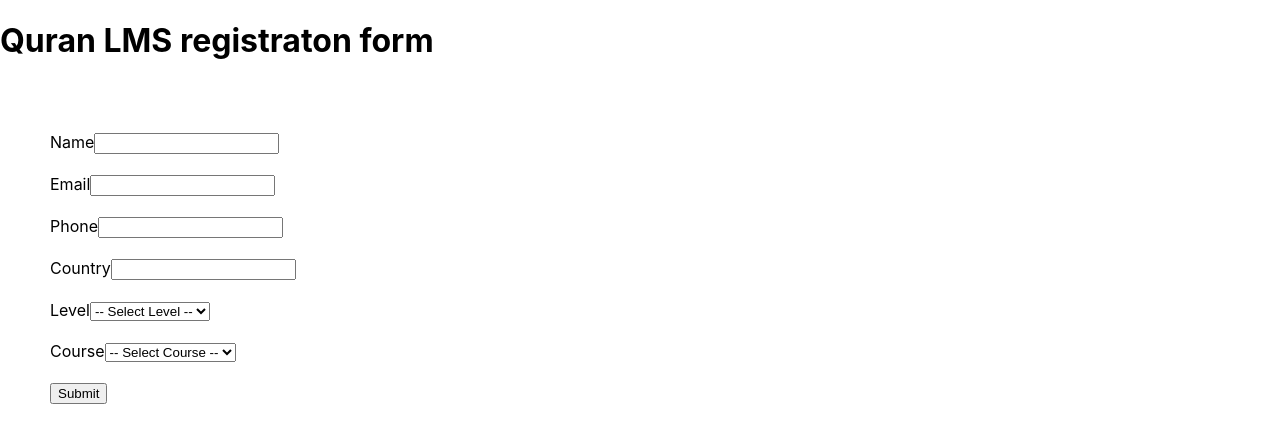
Repository: talha-mahmood/form_react
Page: /
An editor plug-in stored every save of this project. The page is shown before and after the next save, followed by the edit.
The browser window is 1280 px wide. The pictures show the whole page.
The project was rebuilt for these pictures with package versions that can differ from the ones it lists, and the page was loaded fresh each time.

Above is the page before, as saved 2023-03-13 16:05:28.

### public/index.html
<!DOCTYPE html>
<html lang="en">
  <head>
    <meta charset="utf-8" />
    <link rel="icon" href="%PUBLIC_URL%/favicon.ico" />
    <meta name="viewport" content="width=device-width, initial-scale=1" />
    <meta name="theme-color" content="#000000" />
    <meta
      name="description"
      content="Web site created using create-react-app"
    />

    <link rel="apple-touch-icon" href="%PUBLIC_URL%/logo192.png" />
    <!--
      manifest.json provides metadata used when your web app is installed on a
      user's mobile device or desktop. See https://developers.google.com/web/fundamentals/web-app-manifest/
    -->
    <link rel="manifest" href="%PUBLIC_URL%/manifest.json" />
    <!--
      Notice the use of %PUBLIC_URL% in the tags above.
      It will be replaced with the URL of the `public` folder during the build.
      Only files inside the `public` folder can be referenced from the HTML.

      Unlike "/favicon.ico" or "favicon.ico", "%PUBLIC_URL%/favicon.ico" will
      work correctly both with client-side routing and a non-root public URL.
      Learn how to configure a non-root public URL by running `npm run build`.
    -->
    <title>React App</title>
  </head>
  <body>
    <noscript>You need to enable JavaScript to run this app.</noscript>
    <div id="root"></div>

    <!--
      This HTML file is a template.
      If you open it directly in the browser, you will see an empty page.

      You can add webfonts, meta tags, or analytics to this file.
      The build step will place the bundled scripts into the <body> tag.

      To begin the development, run `npm start` or `yarn start`.
      To create a production bundle, use `npm run build` or `yarn build`.
    -->
  </body>
</html>

### src/App.js
import './App.css';
import React, { useState } from 'react';

const App=()=>{
  const [name, setName] = useState('');
  const [email, setEmail] = useState('');
  const [phone, setPhone] = useState('');
  const [country, setCountry] = useState('');
  const [level, setLevel] = useState('');
  const [course, setCourse] = useState('');

  const handleSubmit = (event) => {
    event.preventDefault();
    // TODO: handle form submission
  }

  return (
    <div>
      <h1>Quran LMS registraton form</h1>
    <form onSubmit={handleSubmit}>
      <div>
        <label htmlFor="name">Name</label>
        <input
          type="text"
          id="name"
          value={name}
          onChange={(event) => setName(event.target.value)}
          required
        />
      </div>
      <br/>
      <div>
        <label htmlFor="email">Email</label>
        <input
          type="email"
          id="email"
          value={email}
          onChange={(event) => setEmail(event.target.value)}
          required
        />
      </div>
      <br/>
      <div>
        <label htmlFor="phone">Phone</label>
        <input
          type="tel"
          id="phone"
          value={phone}
          onChange={(event) => setPhone(event.target.value)}
          required
        />
      </div>
      <br/>
      <div>
        <label htmlFor="country">Country</label>
        <input
          type="text"
          id="country"
          value={country}
          onChange={(event) => setCountry(event.target.value)}
          required
        />
      </div>
      <br/>
      <div>
        <label htmlFor="level">Level</label>
        <select id="level" value={level} onChange={(event) => setLevel(event.target.value)} required>
          <option value="">-- Select Level --</option>
          <option value="Beginner">Beginner</option>
          <option value="Intermediate">Intermediate</option>
          <option value="Advanced">Advanced</option>
        </select>
      </div>
      <br/>
      <div>
        <label htmlFor="course">Course</label>
        <select id="course" value={course} onChange={(event) => setCourse(event.target.value)} required>
          <option value="">-- Select Course --</option>
          <option value="Quranic Arabic">Quranic Arabic</option>
          <option value="Tafseer">Tafseer</option>
          <option value="Hifz">Hifz</option>
        </select>
      </div>
           <br/>
      <button type="submit">Submit</button>
    </form>
    </div>
  );
}

export default App;

### src/App.css
.App {
  text-align: center;
}

.App-logo {
  height: 40vmin;
  pointer-events: none;
}

@media (prefers-reduced-motion: no-preference) {
  .App-logo {
    animation: App-logo-spin infinite 20s linear;
  }
}

.App-header {
  background-color: #282c34;
  min-height: 100vh;
  display: flex;
  flex-direction: column;
  align-items: center;
  justify-content: center;
  font-size: calc(10px + 2vmin);
  color: white;
}

.App-link {
  color: #61dafb;
}

@keyframes App-logo-spin {
  from {
    transform: rotate(0deg);
  }
  to {
    transform: rotate(360deg);
  }
}

form{
  padding: 50px;
 float: left;
}

Loaded but not shown: src/index.js (common file); src/index.css (common file); src/reportWebVitals.js (common file)

After the next save:
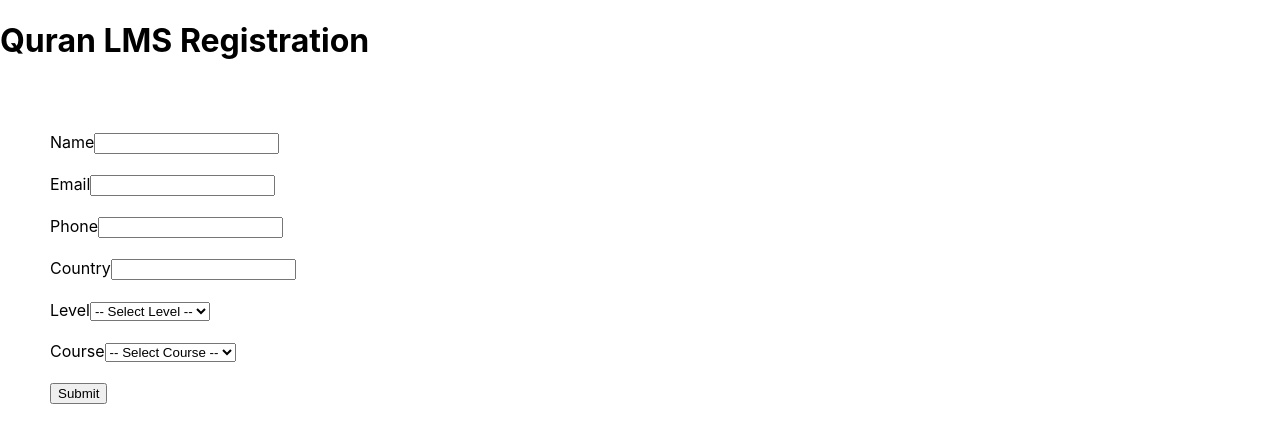
Saved 19 s later.
--- a/src/App.js
+++ b/src/App.js
@@ -16,7 +16,7 @@ const App=()=>{
 
   return (
     <div>
-      <h1>Quran LMS registraton form</h1>
+      <h1>Quran LMS Registration</h1>
     <form onSubmit={handleSubmit}>
       <div>
         <label htmlFor="name">Name</label>
